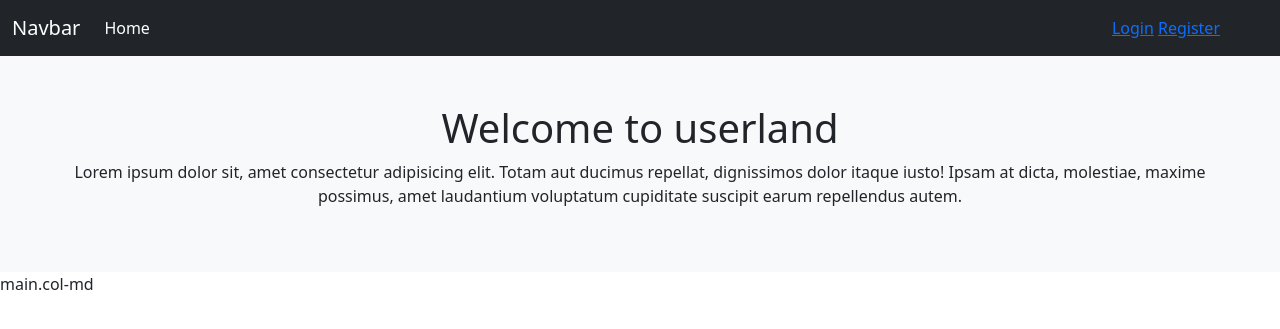
Repository: BrittleHeart/symfony-users--crud
Page: templates/home/home.html.twig
An editor plug-in stored every save of this project. The page is shown before and after the next save, followed by the edit.
The browser window is 1280 px wide. The pictures show the whole page.
The page is a Twig template of a Symfony application; nobody is signed in and links lead nowhere. The template is opened directly, without the code that normally fills it, so the values that code supplies are empty.

Above is the page before, as saved 2021-02-20 15:48:47.

### templates/home/home.html.twig
{% extends 'home.html.twig' %}

{% block body %}

<header class="p-5 bg-light text-center">
    <h1 class="jumbotron-header">Welcome to userland</h1>
    <p class="jumbotron-description">Lorem ipsum dolor sit, amet consectetur adipisicing elit. Totam aut ducimus repellat, dignissimos dolor itaque iusto! Ipsam at dicta, molestiae, maxime possimus, amet laudantium voluptatum cupiditate suscipit earum repellendus autem.</p>
</header>

main.col-md

{% endblock %}

### templates/home.html.twig
<!DOCTYPE html>
<html>
	<head>
		<meta charset="UTF-8">
		<title>
			{% block title %}Users Crud - Overblitz
			{% endblock %}
		</title>
		{# Run `composer require symfony/webpack-encore-bundle`
		           and uncomment the following Encore helpers to start using Symfony UX #}
		{% block stylesheets %}
			<link href="https://cdn.jsdelivr.net/npm/bootstrap@5.0.0-beta2/dist/css/bootstrap.min.css" rel="stylesheet" integrity="sha384-BmbxuPwQa2lc/FVzBcNJ7UAyJxM6wuqIj61tLrc4wSX0szH/Ev+nYRRuWlolflfl" crossorigin="anonymous">
		{% endblock %}

		{% block javascripts %}
			{#{{ encore_entry_script_tags('app') }}#}
		{% endblock %}
	</head>
	<body>
		<nav class="navbar navbar-expand-lg navbar-dark bg-dark">
			<div class="container-fluid">
				<a class="navbar-brand" href="#">Navbar</a>
				<button class="navbar-toggler" type="button" data-bs-toggle="collapse" data-bs-target="#navbarSupportedContent" aria-controls="navbarSupportedContent" aria-expanded="false" aria-label="Toggle navigation">
					<span class="navbar-toggler-icon"></span>
				</button>
				<div class="collapse navbar-collapse" id="navbarSupportedContent">
					<ul class="navbar-nav me-auto mb-2 mb-lg-0">
						<li class="nav-item">
							<a class="nav-link active" aria-current="page" href="/">Home</a>
						</li>
					</ul>
					<div class="d-flex justify-content-between mx-5">
                        <a href="" class="mr-3">Login</a> &nbsp;
                        <a href="">Register</a>
                    </div>
				</div>
			</div>
		</nav>
		<div class="wrapper">
            {% block body %}{% endblock %}
		</div>
		</body>
	</html>

After the next save:
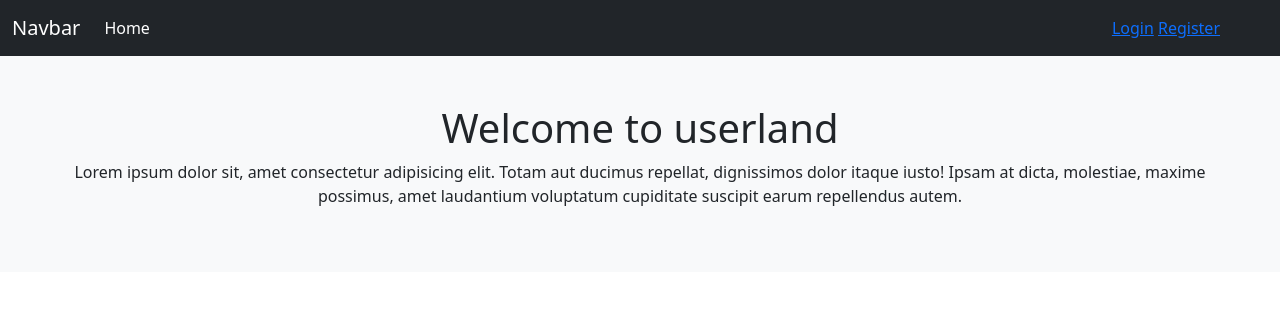
Saved 5 s later.
--- a/templates/home/home.html.twig
+++ b/templates/home/home.html.twig
@@ -7,6 +7,6 @@
     <p class="jumbotron-description">Lorem ipsum dolor sit, amet consectetur adipisicing elit. Totam aut ducimus repellat, dignissimos dolor itaque iusto! Ipsam at dicta, molestiae, maxime possimus, amet laudantium voluptatum cupiditate suscipit earum repellendus autem.</p>
 </header>
 
-main.col-md
+<main class="col-md-3"></main>
 
 {% endblock %}
